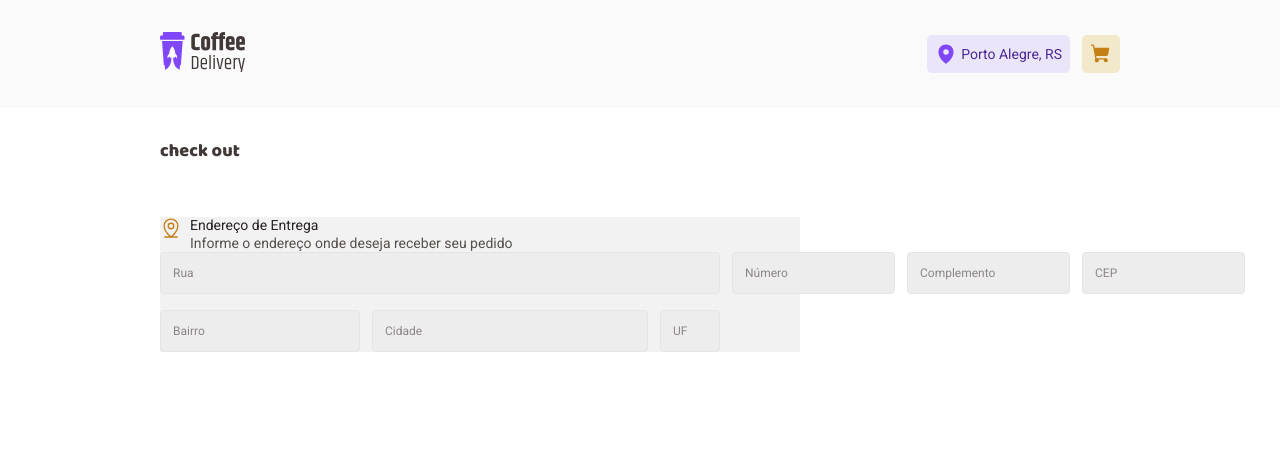
Repository: caueenrico/CoffeDelivery
Page: /checkout
An editor plug-in stored every save of this project. The page is shown before and after the next save, followed by the edit.
The browser window is 1280 px wide. The page is 1280 px wide, then 1285 px, then 1280 px, so the pictures cover 1285 px, including what lies to the right of the window. The pictures show the whole page.
The project was rebuilt for these pictures with package versions that can differ from the ones it lists, and the page was loaded fresh each time. Also part of the build but not shown: vite.config.ts, src/components/CoffesOptions/styled.ts, src/components/CoffeCards/styles.ts, src/components/IpuntNumber/styles.ts, src/components/IpuntNumber/index.tsx, src/components/CartOfCard/styles.ts, src/components/CartOfCard/index.tsx, src/utils/formatMoney.ts and 4 more.

Above is the page before, as saved 2022-09-22 15:19:17.

After the next save:
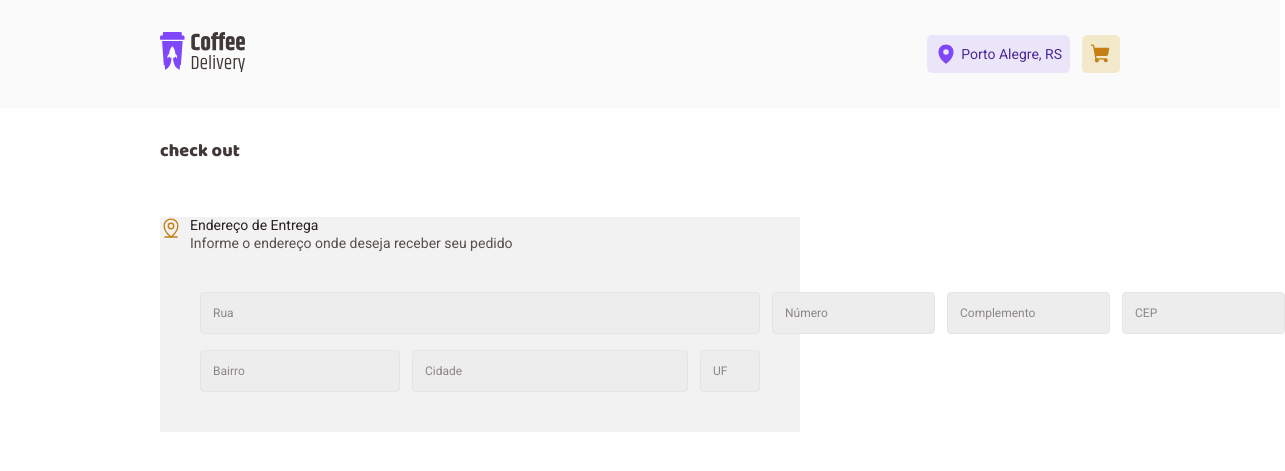
Saved 61 s later.
--- a/src/pages/CheckOut/styles.ts
+++ b/src/pages/CheckOut/styles.ts
@@ -11,6 +11,7 @@
 
 export const AddressFormContainer = styled.div`
   width: 100%;
+  margin: 40px;
   display: grid;
   grid-template-columns: 12.5rem 17.25rem 3.75rem;
   column-gap: 0.75rem;

After the 2 saves that followed:
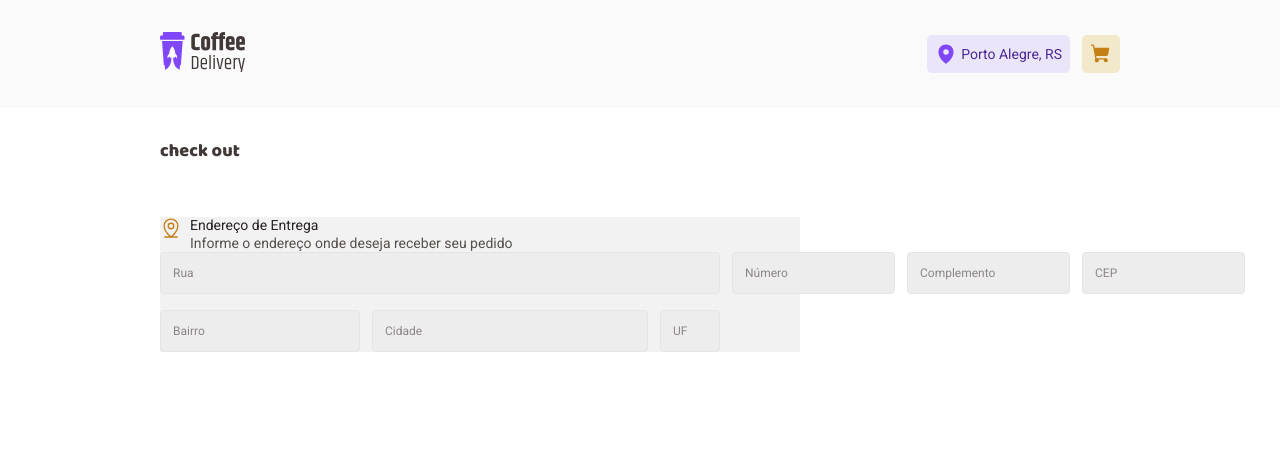
The 2 saves are shown as one change because they came seconds apart.
The last was saved 14 s later.
--- a/src/pages/CheckOut/styles.ts
+++ b/src/pages/CheckOut/styles.ts
@@ -11,7 +11,7 @@
 
 export const AddressFormContainer = styled.div`
   width: 100%;
-  margin: 40px;
+  border: 1;
   display: grid;
   grid-template-columns: 12.5rem 17.25rem 3.75rem;
   column-gap: 0.75rem;
